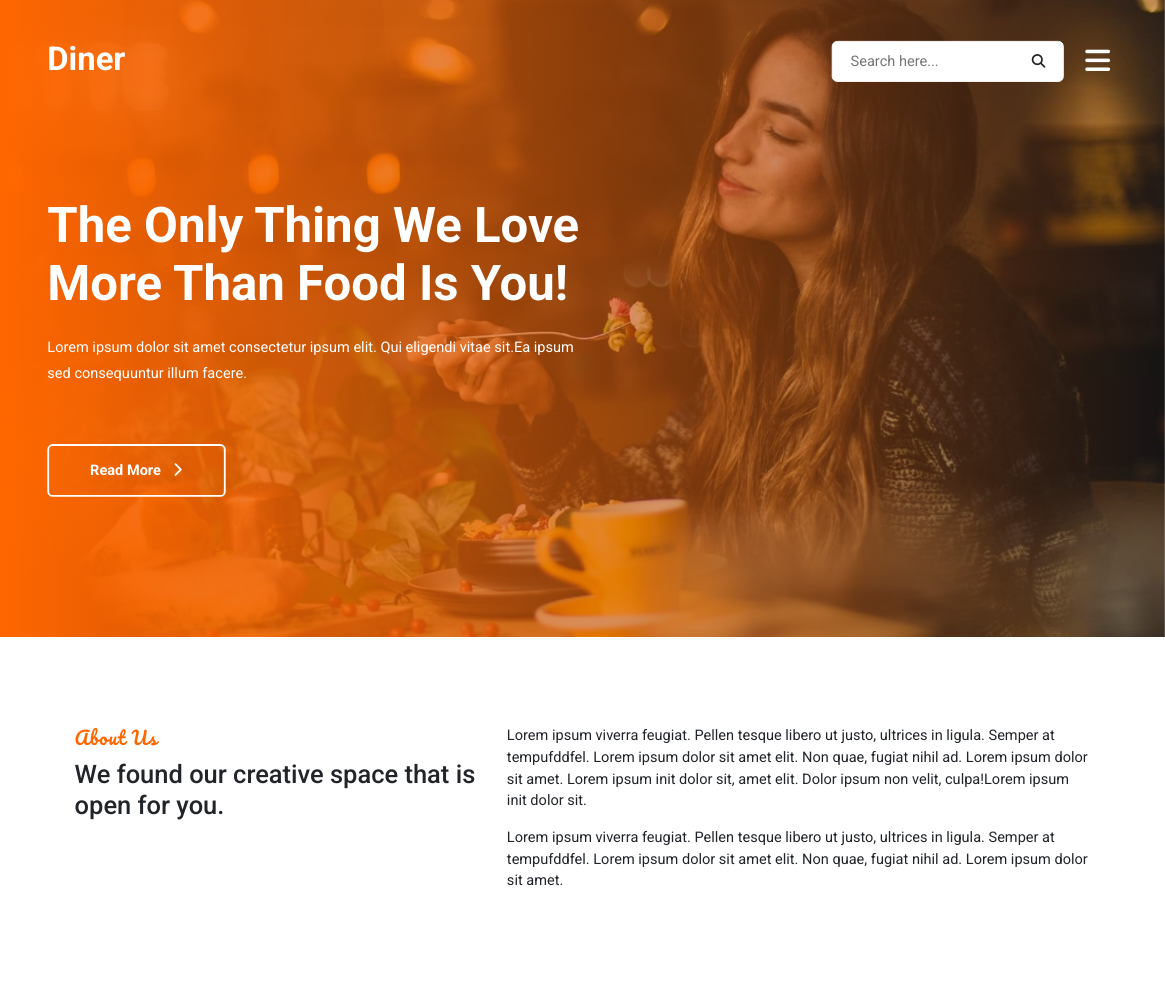
Repository: minhtrivu6199/Diner
Page: index.html
The author's editor kept a copy of each file at every save. The page is drawn from the files as they stood at one save, then again after the next save.
The browser window is 1280 px wide. The pictures show the whole page, at 91% of full size.
Backgrounds fixed to the window are drawn as part of the page. The style sheet was rebuilt from its Sass, Less or Tailwind sources for each picture, by a compiler version that may differ from the author's.

Above is the page before, as saved 2022-10-10 15:00:51.

After the next save:
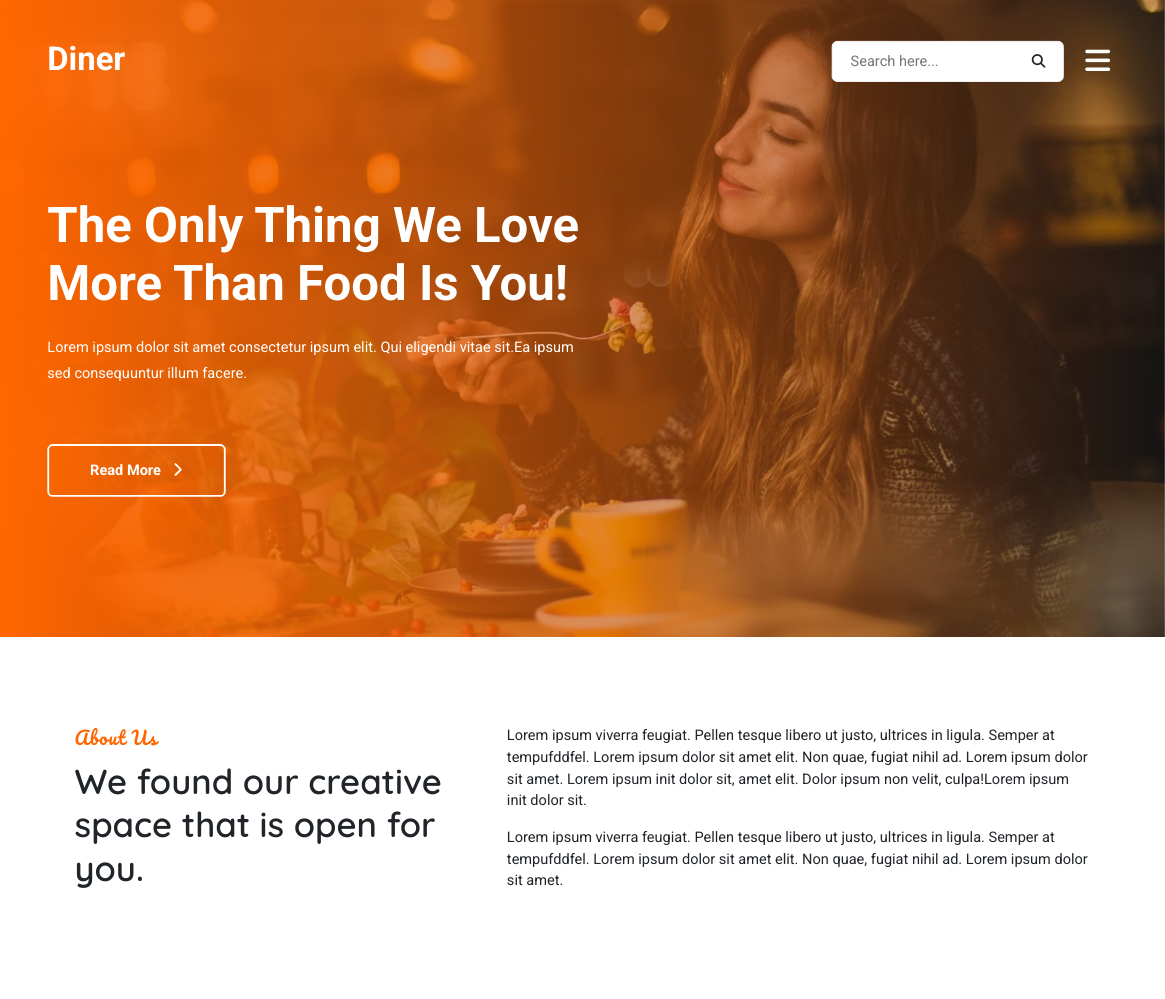
Saved 2 min 20 s later.
--- a/scss/style.scss
+++ b/scss/style.scss
@@ -125,6 +125,12 @@ a {
                         color: $orange;
                         font-family: 'Pacifico', cursive;
                     }
+                    .title {
+                        font-size: 38px;
+                        line-height: 48px;
+                        font-weight: 600;
+                        font-family: 'Quicksand', sans-serif;
+                    }
                 }
             }
 
